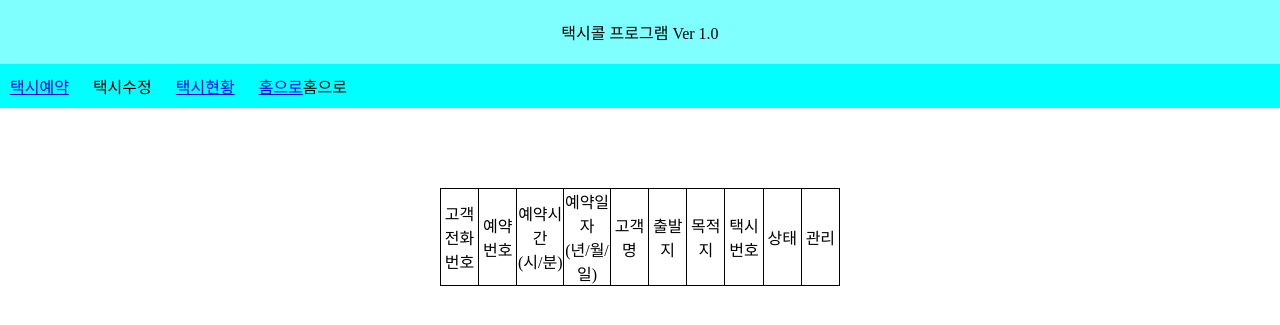
Repository: juntae710/acorn_web
Page: http://localhost/prj0828/택시/list.jsp
The author's editor kept a copy of each file at every save. The page is drawn from the files as they stood at one save, then again after the next save.
The browser window is 1280 px wide. The pictures show the whole page.
The page is served by Tomcat 9. Queries for data that is not in the repository find no rows.

Above is the page before, as saved 2023-08-28 07:03:46.

After the next save:
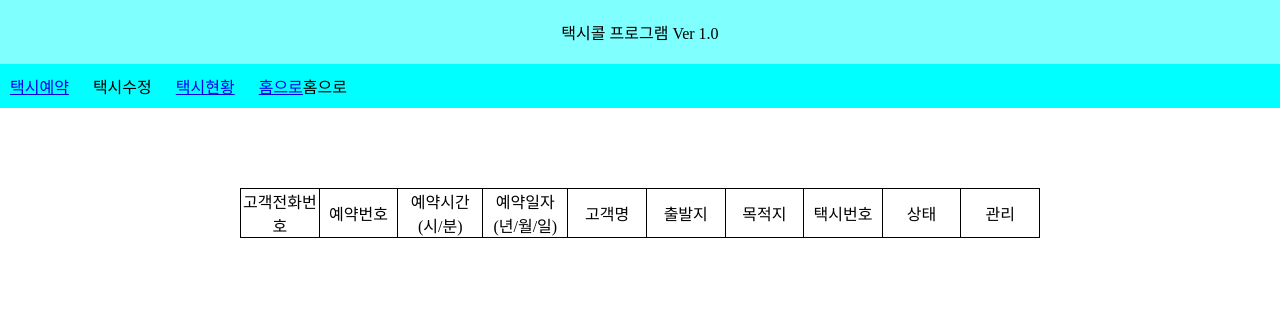
Saved 14 s later.
--- a/prj0828/src/main/webapp/택시/list.jsp
+++ b/prj0828/src/main/webapp/택시/list.jsp
@@ -18,7 +18,7 @@ table {
 	margin: 0 auto;
 	margin-top: 50px; width : 400px;
 	border: 1px solid black;
-	width: 400px;
+	width: 800px;
 }
 
 td {
